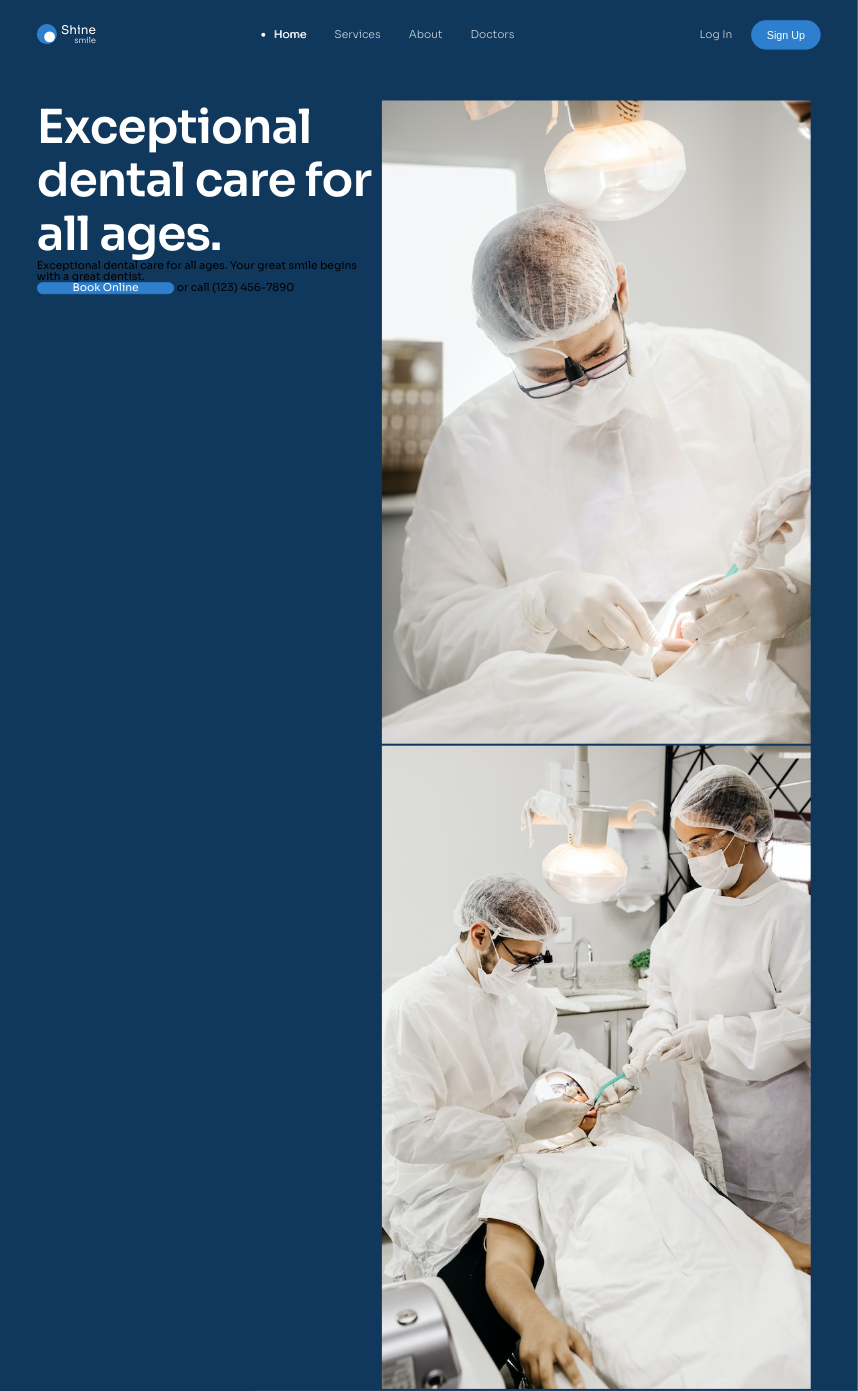
Repository: Tran-Dat/F8_Project_03
Page: index.html
The author's editor kept a copy of each file at every save. The page is drawn from the files as they stood at one save, then again after the next save.
The browser window is 1280 px wide. The pictures show the whole page, at 67% of full size.

Above is the page before, as saved 2023-04-03 10:30:58.

After the next save:
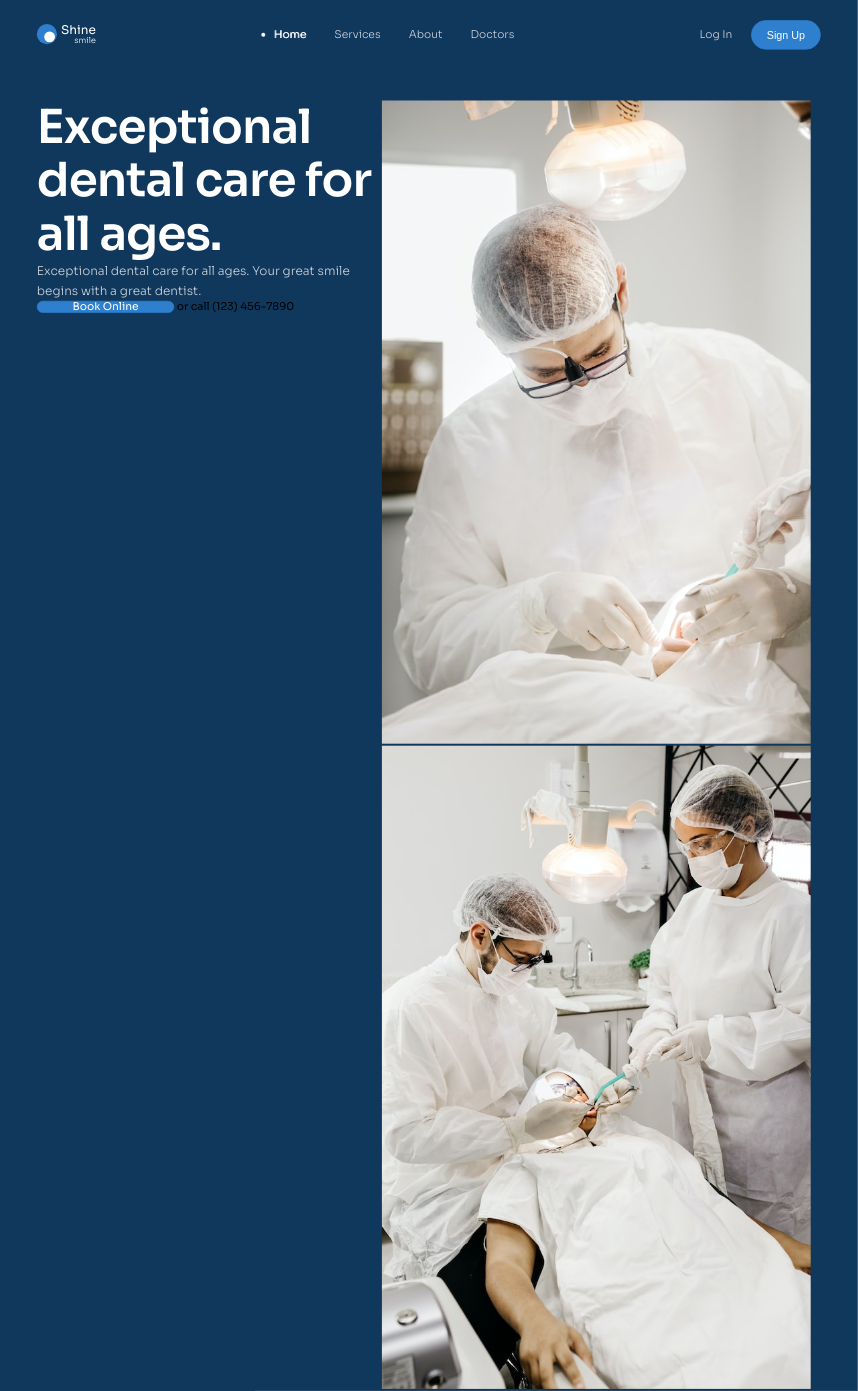
Saved 20 s later.
--- a/assets/css/style.css
+++ b/assets/css/style.css
@@ -175,6 +175,15 @@ a {
     color: #ffffff;
 }
 
+.hero__desc {
+    font-weight: 300;
+    font-size: 18px;
+    line-height: 30px;
+    /* or 167% */
+
+    color: #c9d2da;
+}
+
 .hero__media {
     flex-grow: 1;
 }
